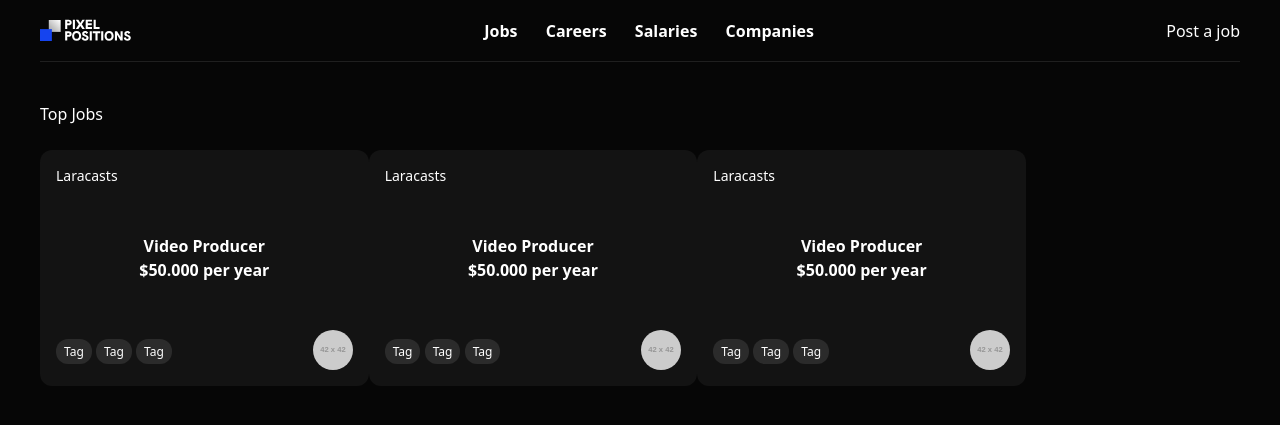
Repository: aggepap/pixel-positions-laravel
Page: http://localhost/
These files come from the project's save history. The page is drawn as it stood at one moment and after the next save; the edit follows.
The browser window is 1280 px wide. The pictures show the whole page.
The page is served by the project's Laravel application, run on PHP 8.4 with Laravel 12. Style sheets and scripts are compiled from the project's sources, by tool versions that may differ from the author's.

Above is the page before, as saved 2025-02-21 20:41:47.

After the next save:
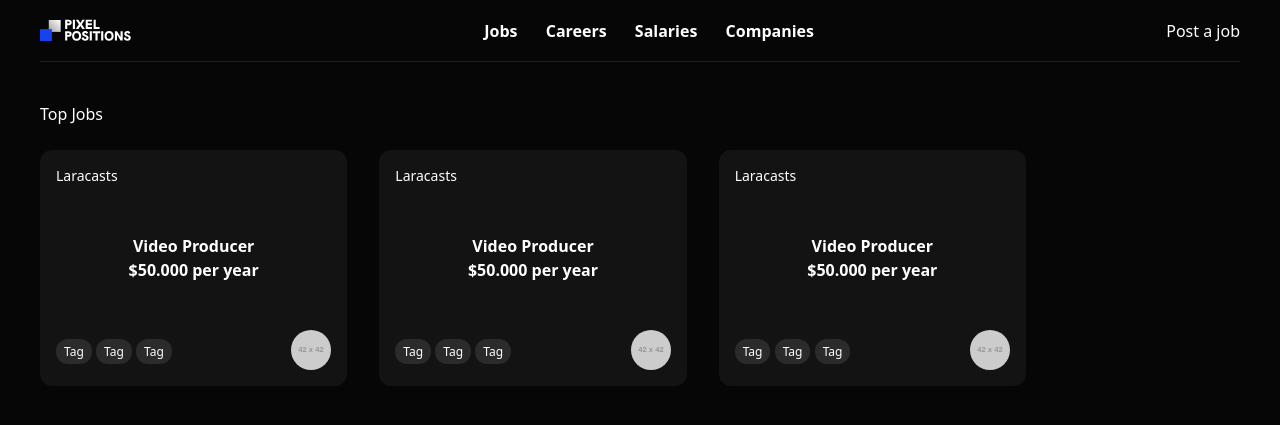
Saved 23 s later.
--- a/resources/views/welcome.blade.php
+++ b/resources/views/welcome.blade.php
@@ -1,7 +1,7 @@
 <x-layout>
     <section>
         <h3 class="mb-6">Top Jobs</h3>
-        <div class="grid lg:grid-cols-3">   <x-job-card />
+        <div class="grid lg:grid-cols-3 gap-8">   <x-job-card />
             <x-job-card />
             <x-job-card />
         </div>
